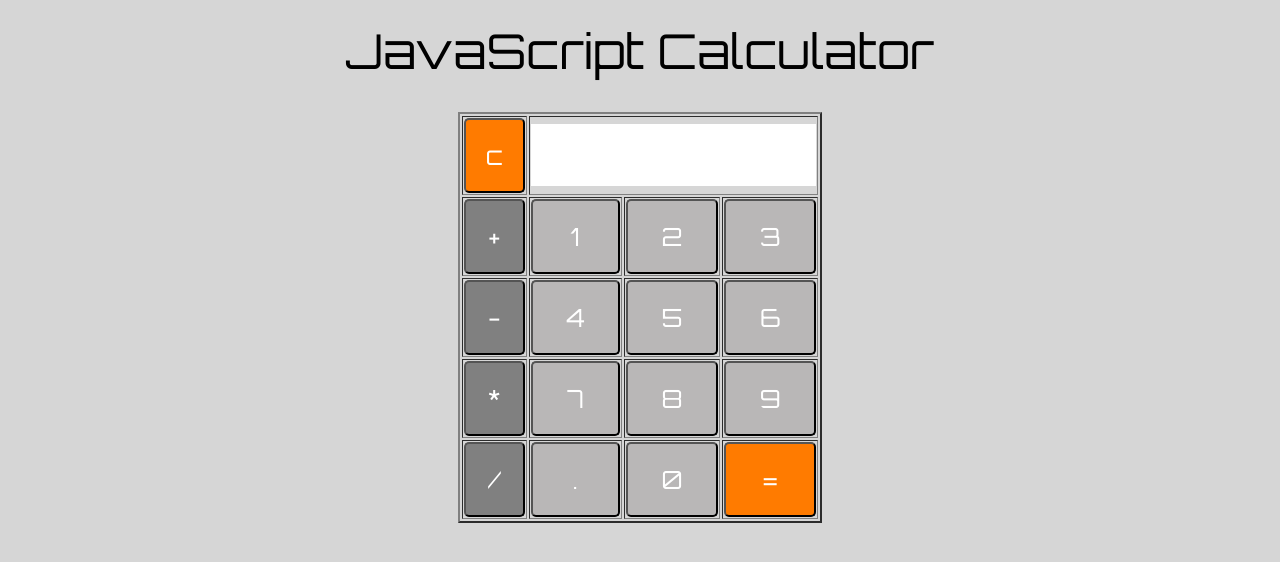
Repository: spidero7/Simple-Calculator
Page: index.html
These files come from the project's save history. The page is drawn as it stood at one moment and after the next save; the edit follows.
The browser window is 1280 px wide. The pictures show the whole page.

Above is the page before, as saved 2021-09-16 08:04:17.

After the next save:
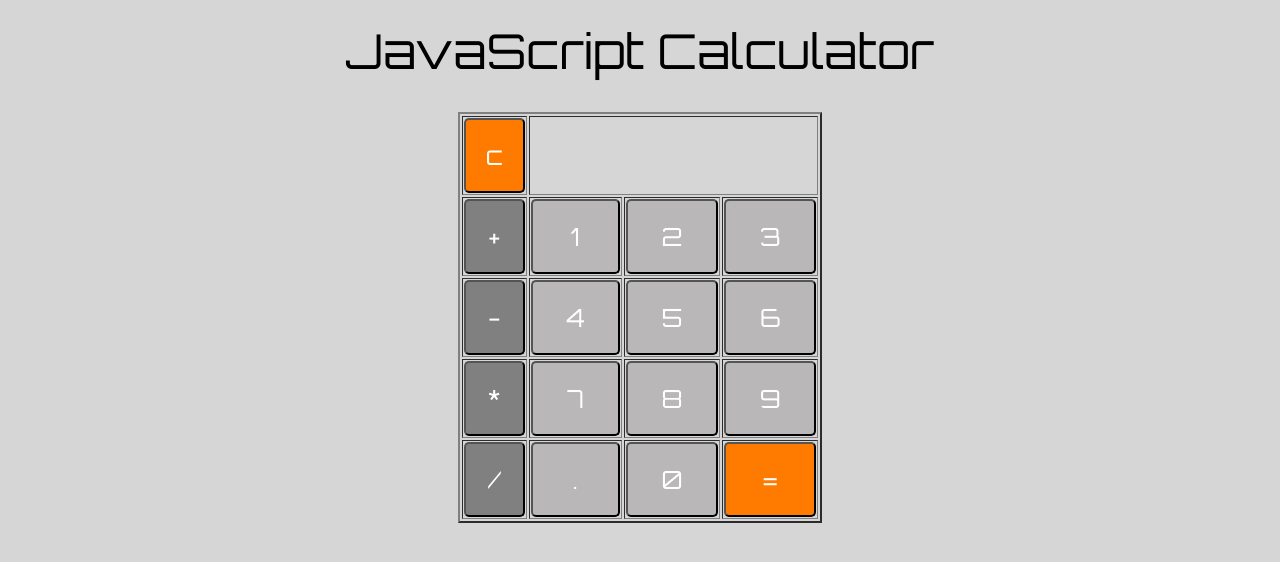
Saved 13 s later.
--- a/style.css
+++ b/style.css
@@ -38,7 +38,7 @@ input[type="button"] {
 
 input[type="text"] {
     text-align: right;
-    background-color: none;
+    background-color: rgb(214, 214, 214);
     color: black;
     border: none;
     width: 100%;
